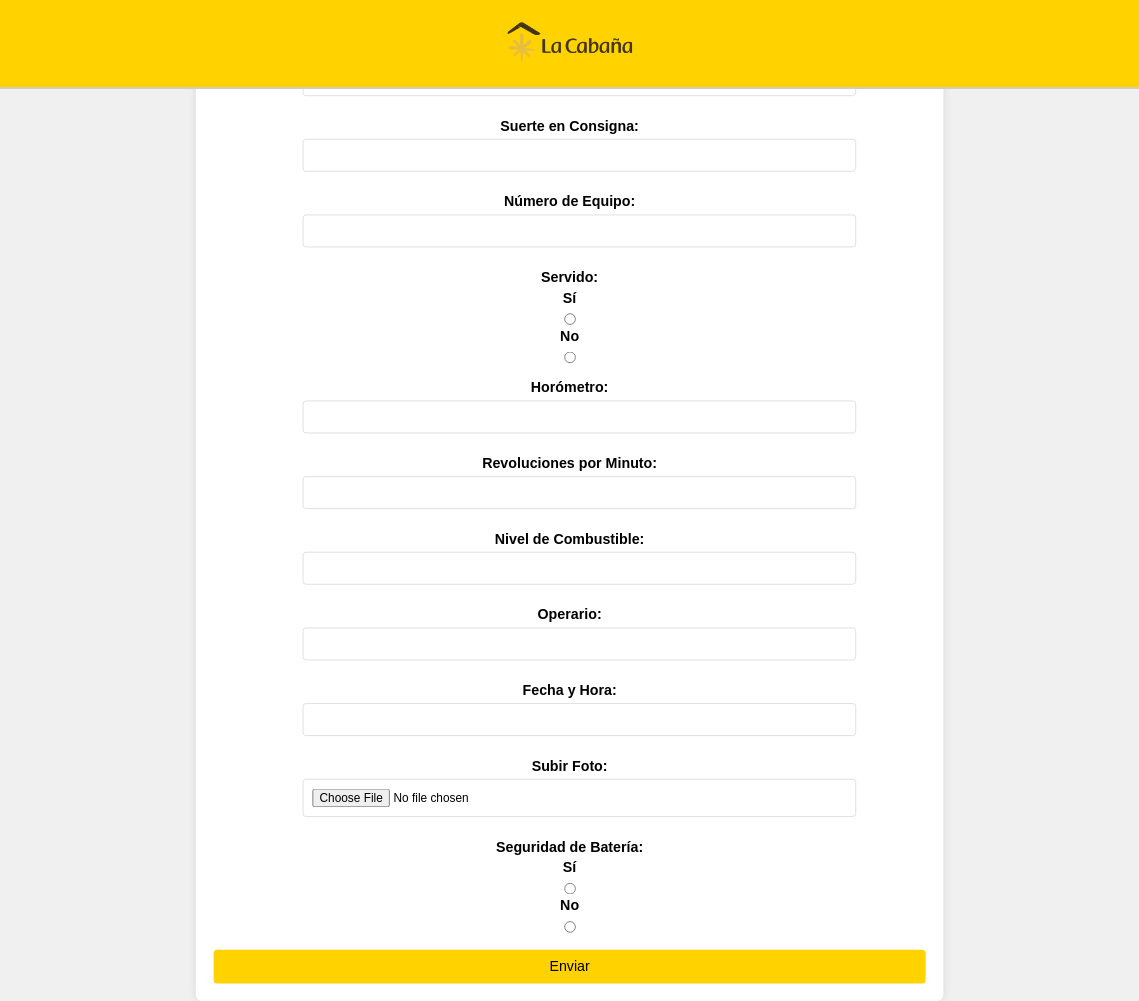
Repository: tayuanlogua/prototipo-de-control-de-accesos
Page: Patrullas/src/motobombas.html
The author's editor kept a copy of each file at every save. The page is drawn from the files as they stood at one save, then again after the next save.
The browser window is 1280 px wide. The pictures show the whole page, at 89% of full size.

Above is the page before, as saved 2024-08-09 08:50:15.

After the next save:
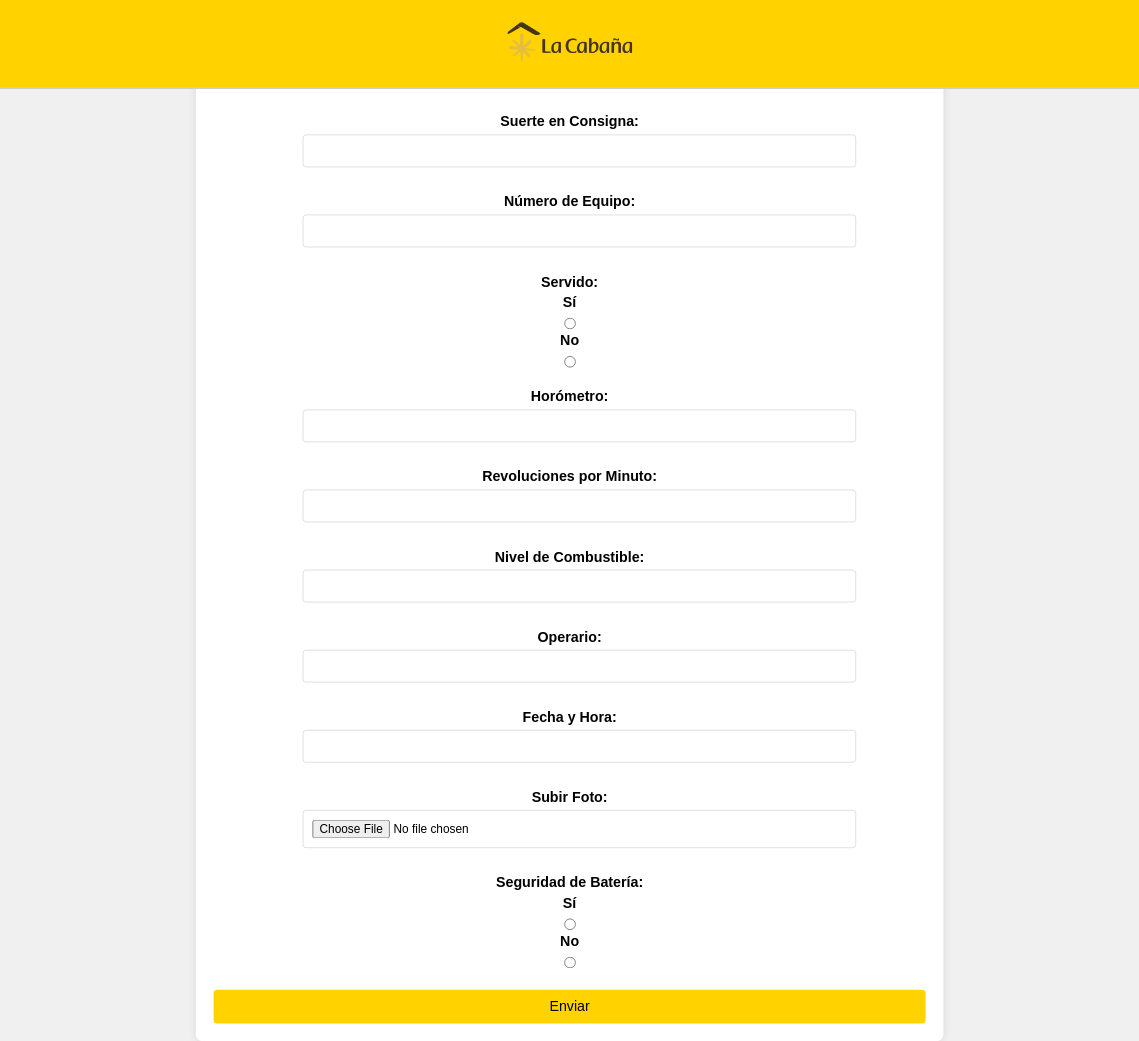
Saved 2 min 26 s later.
--- a/Patrullas/src/styles.css
+++ b/Patrullas/src/styles.css
@@ -37,7 +37,7 @@
   border-radius: 8px;
   box-shadow: 0 0 10px rgba(0, 0, 0, 0.1);
   text-align: center; /* Centrar el contenido dentro del contenedor */
-  margin-top: 100px; /* Espacio suficiente para que el contenedor no quede bajo el header */
+  margin-top: 120px; /* Aumenta el espacio superior para evitar el header fijo */
 }
 
 /* Estilos para el título del formulario */
@@ -56,7 +56,7 @@
 .form-group {
   width: 100%;
   max-width: 600px; /* Ancho máximo de cada grupo de formulario */
-  margin-bottom: 15px;
+  margin-bottom: 20px; /* Espacio debajo de cada grupo de formulario */
 }
 
 label {
